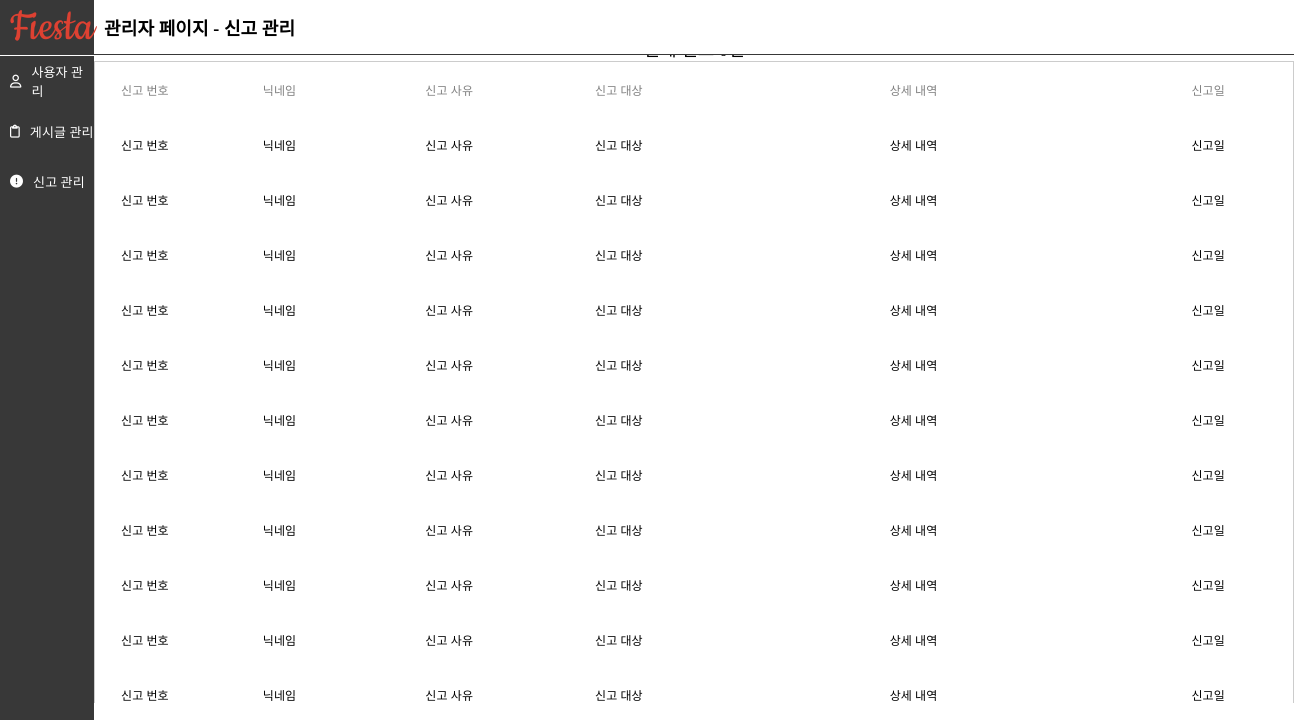
Repository: SNSFiestaTeam/Fiesta
Page: Fiesta/src/main/webapp/html/management/management-report.html
An editor plug-in stored every save of this project. The page is shown before and after the next save, followed by the edit.
The browser window is 1280 px wide. The page is 1294 px wide, so the pictures cover 1294 px, including what lies to the right of the window. The pictures show the whole page.
Some web fonts or font styles are not loaded; a fallback is used. Some web libraries are served in a nearby version.

Above is the page before, as saved 2022-12-06 12:37:18.

### Fiesta/src/main/webapp/html/management/management-report.html
<!DOCTYPE html>
<html lang="en">
<head>
  <meta charset="UTF-8">
  <meta http-equiv="X-UA-Compatible" content="IE=edge">
  <meta name="viewport" content="width=device-width, initial-scale=1.0">
  <link rel="stylesheet" href="../../resources/css/common-style.css">
  <link rel="stylesheet" href="../../resources/css/management/management.css">
  <script
      src="https://kit.fontawesome.com/591746f9e8.js"
      crossorigin="anonymous"
    ></script>
  <title>관리자페이지</title>
</head>
<body>
  <sidebar class="sidebar">
    <span class="title">Fiesta</span>
    <a href="#" class="bar-item button"><i class="fa-regular fa-user"></i> 사용자 관리</a>
    <a href="#" class="bar-item button"><i class="fa-regular fa-clipboard"></i>게시글 관리</a>
    <a href="#" class="bar-item button"><i class="fa-solid fa-circle-exclamation"></i>신고 관리</a>
  </sidebar>

  <main class ="management-container">

    <div class="management-title">
      <h1>관리자 페이지 - 신고 관리</h1>
    </div>

    <div class="management-content">
      <span>전체 신고 0건</span>
      <section class="report-container">
        <div class="row rh">
          <span class="cor1">신고 번호</span>
          <span class="cor2">닉네임</span>
          <span class="cor3">신고 사유</span>
          <span class="cor4">신고 대상</span>
          <span class="cor5">상세 내역</span>
          <span class="cor6">신고일</span>
        </div>
        <div class="row">
          <span class="cor1">신고 번호</span>
          <span class="cor2">닉네임</span>
          <span class="cor3">신고 사유</span>
          <span class="cor4">신고 대상</span>
          <span class="cor5">상세 내역</span>
          <span class="cor6">신고일</span>
        </div>
        <div class="row">
          <span class="cor1">신고 번호</span>
          <span class="cor2">닉네임</span>
          <span class="cor3">신고 사유</span>
          <span class="cor4">신고 대상</span>
          <span class="cor5">상세 내역</span>
          <span class="cor6">신고일</span>
        </div>
        <div class="row">
          <span class="cor1">신고 번호</span>
          <span class="cor2">닉네임</span>
          <span class="cor3">신고 사유</span>
          <span class="cor4">신고 대상</span>
          <span class="cor5">상세 내역</span>
          <span class="cor6">신고일</span>
        </div>
        <div class="row">
          <span class="cor1">신고 번호</span>
          <span class="cor2">닉네임</span>
          <span class="cor3">신고 사유</span>
          <span class="cor4">신고 대상</span>
          <span class="cor5">상세 내역</span>
          <span class="cor6">신고일</span>
        </div>
        <div class="row">
          <span class="cor1">신고 번호</span>
          <span class="cor2">닉네임</span>
          <span class="cor3">신고 사유</span>
          <span class="cor4">신고 대상</span>
          <span class="cor5">상세 내역</span>
          <span class="cor6">신고일</span>
        </div>
        <div class="row">
          <span class="cor1">신고 번호</span>
          <span class="cor2">닉네임</span>
          <span class="cor3">신고 사유</span>
          <span class="cor4">신고 대상</span>
          <span class="cor5">상세 내역</span>
          <span class="cor6">신고일</span>
        </div>
        <div class="row">
          <span class="cor1">신고 번호</span>
          <span class="cor2">닉네임</span>
          <span class="cor3">신고 사유</span>
          <span class="cor4">신고 대상</span>
          <span class="cor5">상세 내역</span>
          <span class="cor6">신고일</span>
        </div>
        <div class="row">
          <span class="cor1">신고 번호</span>
          <span class="cor2">닉네임</span>
          <span class="cor3">신고 사유</span>
          <span class="cor4">신고 대상</span>
          <span class="cor5">상세 내역</span>
          <span class="cor6">신고일</span>
        </div>
        <div class="row">
          <span class="cor1">신고 번호</span>
          <span class="cor2">닉네임</span>
          <span class="cor3">신고 사유</span>
          <span class="cor4">신고 대상</span>
          <span class="cor5">상세 내역</span>
          <span class="cor6">신고일</span>
        </div>
        <div class="row">
          <span class="cor1">신고 번호</span>
          <span class="cor2">닉네임</span>
          <span class="cor3">신고 사유</span>
          <span class="cor4">신고 대상</span>
          <span class="cor5">상세 내역</span>
          <span class="cor6">신고일</span>
        </div>
        <div class="row">
          <span class="cor1">신고 번호</span>
          <span class="cor2">닉네임</span>
          <span class="cor3">신고 사유</span>
          <span class="cor4">신고 대상</span>
          <span class="cor5">상세 내역</span>
          <span class="cor6">신고일</span>
        </div>
      </section>
    </div>

  </main>


  <script src="/resources/js/management/management.js"></script>
</body>
</html>

### Fiesta/src/main/webapp/resources/css/common-style.css
@import url('https://fonts.googleapis.com/css2?family=Noto+Sans+KR:wght@100;300;400;500;700;900&display=swap');
@import url('https://fonts.googleapis.com/css2?family=Chewy&display=swap');
@import url('https://fonts.googleapis.com/css2?family=Leckerli+One&display=swap');
@import url('https://fonts.googleapis.com/css2?family=Cookie&display=swap');
@import './root-style.css';
@import url('https://fonts.googleapis.com/css2?family=Nanum+Gothic:wght@400;700;800&display=swap');
@import url('https://fonts.googleapis.com/css2?family=IBM+Plex+Sans+KR:wght@100;200;300;400;500&display=swap');

@font-face {
  font-family: 'NanumSquareNeo-Variable';
  src: url('https://cdn.jsdelivr.net/gh/projectnoonnu/noonfonts_11-01@1.0/NanumSquareNeo-Variable.woff2') format('woff2');
  font-weight: normal;
  font-style: normal;
}

@font-face {
  font-family: 'NanumBarunGothic';
  font-style: normal;
  font-weight: 400;
  src: url('//cdn.jsdelivr.net/font-nanumlight/1.0/NanumBarunGothicWeb.eot');
  src: url('//cdn.jsdelivr.net/font-nanumlight/1.0/NanumBarunGothicWeb.eot?#iefix') format('embedded-opentype'), url('//cdn.jsdelivr.net/font-nanumlight/1.0/NanumBarunGothicWeb.woff') format('woff'), url('//cdn.jsdelivr.net/font-nanumlight/1.0/NanumBarunGothicWeb.ttf') format('truetype');
 }

 @font-face {
  font-family: 'S-CoreDream-3Light';
  src: url('https://cdn.jsdelivr.net/gh/projectnoonnu/noonfonts_six@1.2/S-CoreDream-3Light.woff') format('woff');
  font-weight: normal;
  font-style: normal;
}

@font-face {
  font-family: 'SUIT-Regular';
  src: url('https://cdn.jsdelivr.net/gh/projectnoonnu/noonfonts_suit@1.0/SUIT-Regular.woff2') format('woff2');
  font-weight: normal;
  font-style: normal;
}
/* 전체 적용 스타일 */
* {
  margin: 0;
  padding: 0;
  box-sizing: border-box;
  list-style: none;
  /* font-family: 'Noto Sans KR', sans-serif; */
  /* font-family: 'Nanum Gothic', sans-serif; */
  /* font-family: 'IBM Plex Sans KR', sans-serif; */
  font-family: 'NanumSquareNeo-Variable';
  /* font-family: 'NanumBarunGothic'; */
  /* font-family: 'SUIT-Regular'; */
  letter-spacing: 0.1px;
}

a {
  text-decoration: none;
  color: black;
}

body {
  width: vw;
  font-size: 18px;
}

button {
  border: none;
  background-color: white;
}

footer {
  width: 100%;
  height: 134px;
  color: gray;
  font-size: var(--small-font-size);
  padding-bottom: 40px;

  display: flex;
  flex-direction: column;
  justify-content: space-around;
  align-items: center;
}

footer a {
  color: gray;
}

header {
  width: 100%;
  height: 60px;
  border-bottom: 1px solid #ccc;

  position: sticky;
  top: 0;
  background-color: white;

  display: flex;
  justify-content: center;
  z-index: 2;
}

header > section {
  width: 1000px;
  padding: 0 20px;

  display: flex;
  justify-content: space-between;
  align-items: center;
}

.logo-section a {
  font-family: 'Cookie', cursive;
  /* font-family: 'Chewy', cursive; */
  color: #dd4132;
  font-size: 50px;
  width: 120px;
  height: auto;
}

#logo {
  width: 120px;
  height: auto;
}

.search-section {
  width: 50%;

  display: flex;
  justify-content: center;
}

.search-section fieldset {
  height: 36px;
  width: 90%;
  background-color: --main-font-color;
  border: none;
  border-radius: 5px;

  display: flex;
  justify-content: center;
  align-items: center;
}

.search-section fieldset input {
  width: 200px;
}

#searchX {
  display: flex;
  justify-content: center;
  align-items: center;

  border-radius: 50%;

  display: none;
}

#searchX > i {
  background-color: #ccc;
  display: block;
  width: 15px;
  height: 15px;
  border-radius: 50%;
  font-size: 10px;

  display: flex;
  justify-content: center;
  align-items: center;
  color: white;
}

.search-section fieldset:focus-within > #search-glass {
  display: none;
}

.search-section fieldset:focus-within > #searchX {
  display: inline;
}

.search-section fieldset > input {
  height: 25px;
  border: none;
  outline: none;
  font-size: var(--madium-font-size);

  flex-basis: 80%;
}

.search-section fieldset > button {
  height: 25px;
  margin-right: 10px;
  font-size: 16px;
  color: var(--main-font-color);

  flex-basis: 10%;
}

nav {
  min-width: 300px;
}

nav > ul {
  font-size: var(--large-icon-size);

  display: flex;
  justify-content: space-between;
}

nav li {
  margin-left: 10px;
  flex-shrink: 0;

  text-align: center;
}

nav li > button {
  width: 100%;
  height: 100%;
  font-size: var(--large-icon-size);
}

nav li > button:active {
  color: var(--main-font-color);
}

nav li > a:active {
  color: var(--main-font-color);
}

nav i {
  flex-shrink: 0;
}

#searchBtn {
  display: none;
}

.toggle-search-section {
  display: none;
}

@media screen and (min-width: 1024px) {
  /* Desktop */
}

@media screen and (min-width: 471px) and (max-width: 1023px) {
  /* Tablet */
}

@media screen and (max-width: 780px) {
  .search-section > form {
    display: none;
  }

  #searchBtn {
    display: inline;
  }

  .toggle-search-section {
    width: 100vw;
    height: 80px;

    position: sticky;
    top: 60px;

    display: flex;
    justify-content: center;
    align-items: center;
    z-index: 40;
    display: none;
  }

  .toggle-search-section fieldset {
    height: 38px;
    width: 100%;
    background-color: #ffffff90;
    border: 1px solid #8e8e8e;
    border-radius: 5px;
    padding-left: 10px;

    display: flex;
    justify-content: center;
    align-items: center;
  }

  .toggle-search-section fieldset > input {
    height: 100%;
    width: 100%;
    border: none;
    outline: none;
    font-size: var(--madium-font-size);
    background-color: #ffffff00;

    flex-basis: 80%;
  }

  .toggle-search-section fieldset > button {
    height: 30px;
    margin-right: 10px;
    font-size: 16px;
    color: var(--fiesta-color);
    background-color: #ffffff00;

    flex-basis: 10%;
  }
}

@media screen and (max-width: 470px) {
  /* mobile */

  html {
    width: 100%;
  }

  body {
    width: vw;
  }

  footer {
    display: none;
  }

  #header-section {
    width: vw;
  }

  #newPost {
    width: 60px;
    height: 60px;
    border: 2px solid #8e8e8e;
    border-radius: 50%;
    background-color: white;
    display: flex;
    justify-content: center;
    align-items: center;

    font-size: 30px;

    position: fixed;
    bottom: 20px;
    right: 10px;
  }
}

#header-menu-toggle{
  display: none;
}

label[for='header-menu-toggle'] {
  cursor: pointer;
}

/* 체크박스 다음 div */
#toggle-menu{
  display: none;
}

/* 체크박스가 체크된 경우 다음 div */
#header-menu-toggle:checked + div{
  display: block;
}

.header-menu-parent{
  position: relative;
}

#toggle-menu{
  position: absolute;
  top: 30px;
  right: -10px;
  z-index: 500;
  width: 150px;
  height: 100px;
  background-color: white;
  box-shadow: 0px 0px 1px gray;
  border-radius: 6px;
}


#toggle-menu > a{
  display: flex;
  height: 50%;
  justify-content: center;
  align-items: center;
  font-size: 14px;
  font-weight: bold;
}

#toggle-menu > a:first-child{
  border-bottom: 1px solid #ccc;
}

### Fiesta/src/main/webapp/resources/css/management/management.css
@import '../root-style.css';

@font-face {
  font-family: 'NanumSquareNeo-Variable';
  src: url('https://cdn.jsdelivr.net/gh/projectnoonnu/noonfonts_11-01@1.0/NanumSquareNeo-Variable.woff2') format('woff2');
  font-weight: normal;
  font-style: normal;
}

* {
  font-family: 'NanumSquareNeo-Variable';
}

body {
  display: flex;
  width: 100%;
  height: 100vh;

  overflow-y: hidden;
}

/* 사이드 바 */
.sidebar{
  flex-grow: 0;
  width: 200px;
  height: 100%;
  background-color: rgb(56, 56, 56);
  color: white;

  display: flex;
  flex-direction: column;


  font-size: 13px;
}


.title {
  font-size: 50px;
  color: var(--fiesta-color);
  font-family: 'Cookie', cursive;
  border-bottom: 1px solid white;
  padding-left: 10px;
}

.button {
  color: white;
  width: 100%;
  height: 50px;

  display: flex;
  align-items: center;

  padding-left: 10px;
}

.button > *{
  margin-right: 10px;
}


.button:hover {
  background-color: white;
  color: rgb(56, 56, 56);
}

.management-container {
  width: 100%;
  height: 100%;

}

/* 관리자 페이지 타이틀 */
.management-title{
  display: flex;
  align-items: center;

  height: 55px;
  font-size: 9px;

  border-bottom: 1px solid rgb(56, 56, 56);
  padding-left: 10px

}

/* 관리자 페이지 내용 */
.management-content {
  height: 90%;

  display: flex;
  flex-direction: column;
  justify-content: center;
  align-items: center;

  overflow-y: scroll;
}

.report-container {
  border: 1px solid #ccc;

  width: 1200px;
  height: 700px;
}

.row {
  height: 55px;
  display: flex;
  align-items: center;
  justify-content: space-around;
}

.rh {
  color: grey;
}

.row > span {

  font-size: 12px;

  text-align: center;

}

.cor1 {
  width: 80px;
}

.cor2 {
  width: 150px;
}
.cor3 {
  width: 150px;
}
.cor4 {
  width: 150px;
}
.cor5 {
  width: 400px;
}
.cor6 {
  width: 150px;
}

### Fiesta/src/main/webapp/resources/js/management/management.js


function w3_open() {
  document.getElementById("mySidebar").style.display = "block";
}

function w3_close() {
  document.getElementById("mySidebar").style.display = "none";
}

### Fiesta/src/main/webapp/resources/css/root-style.css
/* 루트 함수
공동으로 사용할 스타일을 미리 지정해놓고 사용 가능
스타일 지정시 지정할 스타일: 루트 함수명 으로 사용 가능
--만 타이핑 하면 자동완성 리스트가 뜨고
선택하면 var()함수까지 자동완성됨 */
:root {
  --background-color: white;
  --main-font-color: #8e8e8e;
  --icon-button-color: #262626;
  --point-font-color: #0095f6;
  --mention-font-color: #00376b;
  --fiesta-color: #dd4132;
  --small-font-size: 12px;
  --main-font-size: 13px;
  --medium-font-size: 16px;
  --large-icon-size: 24px;
}

After the next save:
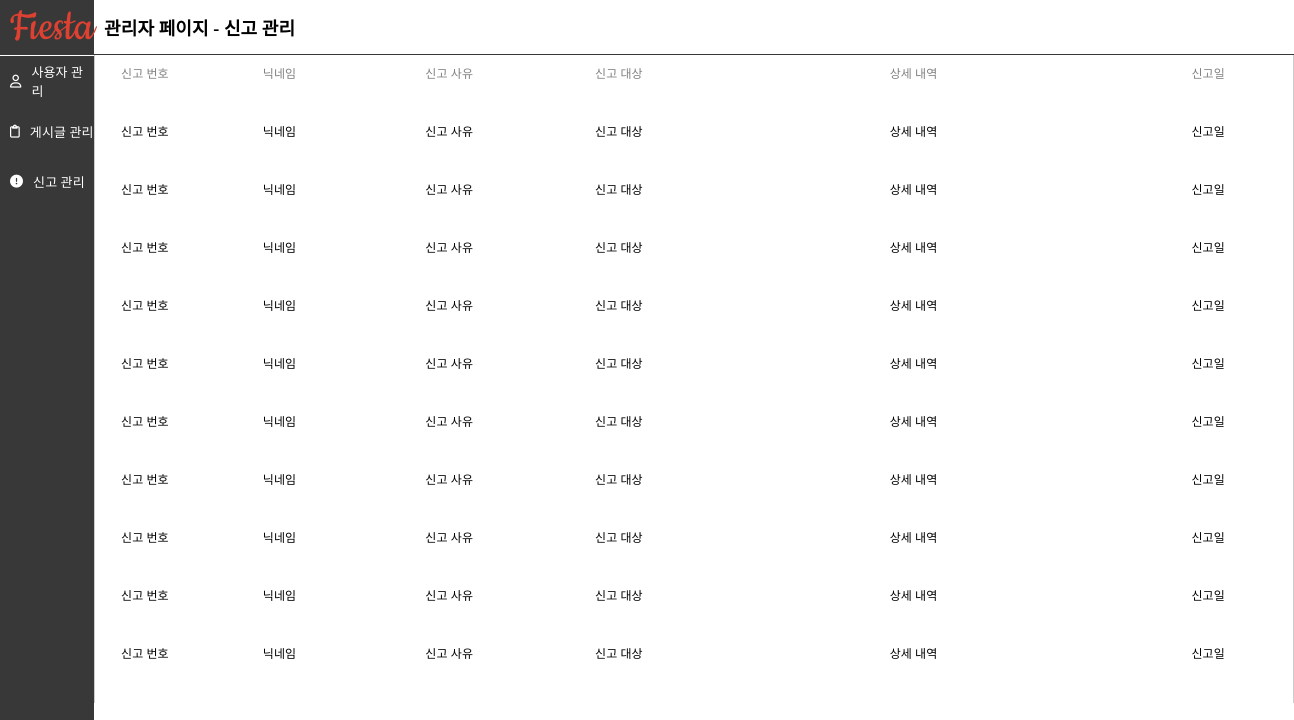
Saved 6 s later.
--- a/Fiesta/src/main/webapp/resources/css/management/management.css
+++ b/Fiesta/src/main/webapp/resources/css/management/management.css
@@ -103,7 +103,7 @@ body {
 }
 
 .row {
-  height: 55px;
+  height: 58px;
   display: flex;
   align-items: center;
   justify-content: space-around;
